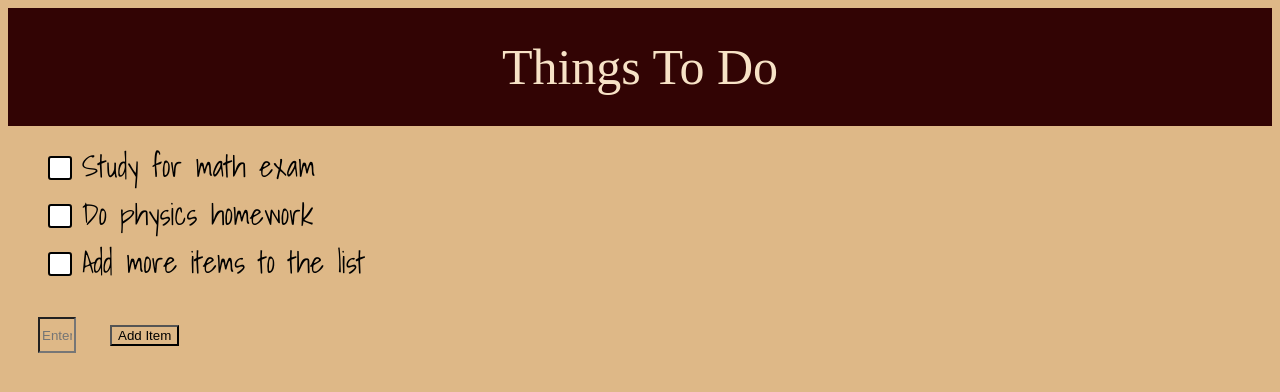
Repository: riya10483/pomodoro
Page: todo.html
An editor plug-in stored every save of this project. The page is shown before and after a run of saves, followed by the edit.
The browser window is 1280 px wide. The pictures show the whole page.
Some web fonts or font styles are not loaded; a fallback is used.

Above is the page before, as saved 2024-09-28 21:47:40.
Console error: TypeError: Cannot set properties of null (setting 'innerHTML')

After the next 5 saves:
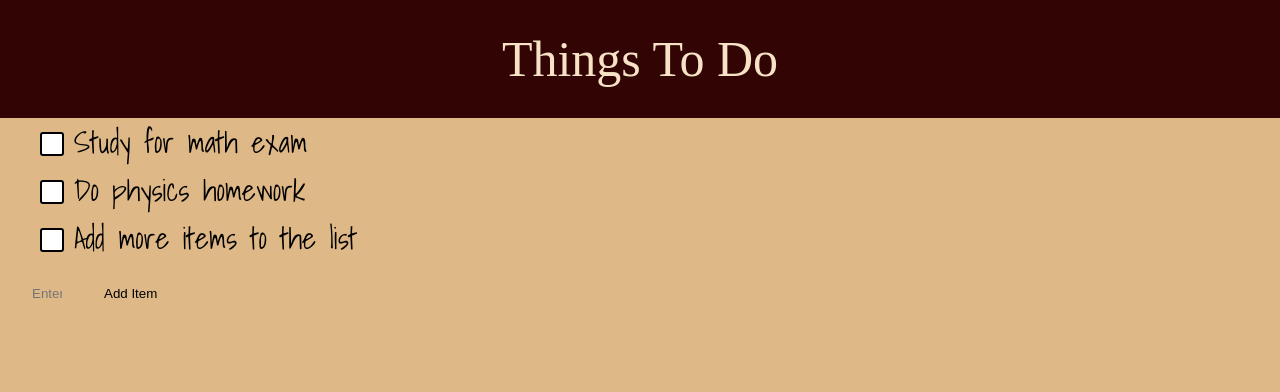
The 5 saves are shown as one change because they came seconds apart.
The last was saved 20 s later.
--- a/todo.css
+++ b/todo.css
@@ -1,5 +1,7 @@
 * {
     background-color:burlywood;
+    border: 0px;
+    margin: 0px;
 }
 #header {
     color:rgb(247, 226, 198);
